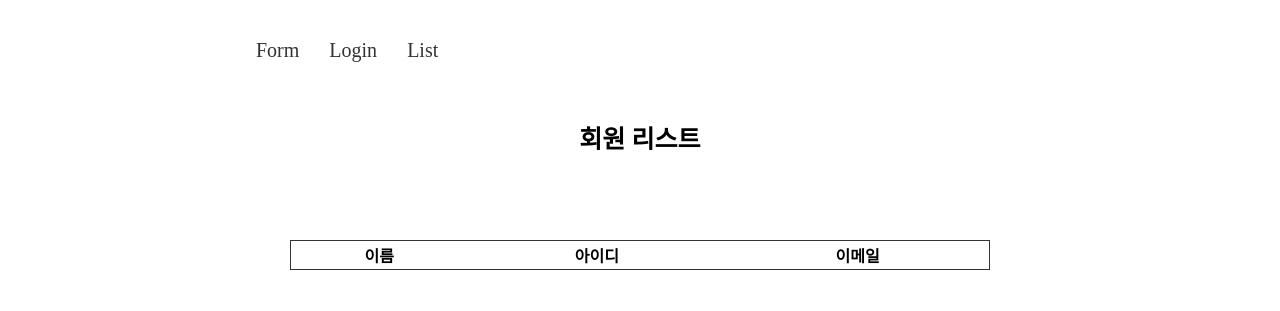
Repository: zeroj-0/eclipseProjects
Page: http://localhost/jv301/mod010/user_list.do
These files come from the project's save history. The page is drawn as it stood at one moment and after the next save; the edit follows.
The browser window is 1280 px wide. The pictures show the whole page.
The page is served by Tomcat 9. Other server files are loaded and not shown. Queries for data that is not in the repository find no rows.

Above is the page before, as saved 2022-07-07 06:50:56.

### jv301/src/main/webapp/mod010/user_list.jsp
<%@ page language="java" contentType="text/html; charset=UTF-8" pageEncoding="UTF-8"%>
<%@ taglib prefix="c" uri="http://java.sun.com/jsp/jstl/core" %>
<!DOCTYPE html>
<html>
<head>
<meta charset="UTF-8">
<title>Insert title here</title>
<link rel="stylesheet" href="./fixmethod.css">
<link rel="stylesheet" href="./style.css">
<style>
	table {
		border: 1px solid #333;
		width: 100%;
		margin: 0 auto;
	}
	table td {
		border: 1px solid #333;
		border-collapse : collapse;
		width: 100px;
		text-align: center;
	}
</style>
</head>
<body>
<div id="wrapper">
	<div id="header">
		<%@ include file="/incl/menu.jsp" %>
	</div>
<h3 class="title">회원 리스트</h3>
	<div class="container">
				<table>
					<tr>
						<th>이름</th><th>아이디</th><th>이메일</th>
					</tr>
					<c:forEach var="user" items="${user}">
						<tr>
							<td>
								${user.getUserName()}
							</td>
							<td>
								${user.getUserId()}
							</td>
							<td>
								${user.getEmail()}
							</td>
						</tr>
					</c:forEach>
				</table>
	</div>
</div>
</body>
</html>

### jv301/src/main/webapp/incl/menu.jsp
<%@ page language="java" contentType="text/html; charset=UTF-8"  pageEncoding="UTF-8"%>

<div class="gnb">
	<ul>
		<li><a href="add_user.jsp">Form</a></li>
		<li><a href="login">Login</a></li>
		<li><a href="user_list.do">List</a></li>
	</ul>
</div>

### jv301/src/main/java/com/varxyz/jv301/mod010/UserListServlet.java
package com.varxyz.jv301.mod010;

import java.io.IOException;
import java.util.List;

import javax.servlet.RequestDispatcher;
import javax.servlet.ServletException;
import javax.servlet.annotation.WebServlet;
import javax.servlet.http.HttpServlet;
import javax.servlet.http.HttpServletRequest;
import javax.servlet.http.HttpServletResponse;

@WebServlet("/mod010/user_list.do")
public class UserListServlet extends HttpServlet {
	private UserService userService;
	private static final long serialVersionUID = 1L;

	protected void doGet(HttpServletRequest request, HttpServletResponse response) throws ServletException, IOException {
		userService = UserService.getInstance();
		List<User> userList = userService.getAllUsers();
		request.setAttribute("user", userList);

		RequestDispatcher dispatcher = null;
		dispatcher = request.getRequestDispatcher("user_list.jsp");
		dispatcher.forward(request, response);
	}

	protected void doPost(HttpServletRequest request, HttpServletResponse response) throws ServletException, IOException {
		request.setCharacterEncoding("utf-8");

		String userId = request.getParameter("userId");

		request.setAttribute("userId", userId);

		RequestDispatcher dispatcher = null;
		dispatcher = request.getRequestDispatcher("update.jsp");
		dispatcher.forward(request, response);
	}

}

### jv301/src/main/java/com/varxyz/jv301/mod010/UserDao.java
package com.varxyz.jv301.mod010;

import java.sql.Connection;
import java.sql.PreparedStatement;
import java.sql.ResultSet;
import java.sql.SQLException;
import java.util.ArrayList;
import java.util.List;

public class UserDao {
	DataSource dataSource = null;

	public UserDao() {
		NamingService namingService = NamingService.getInstance();
		dataSource = (DataSource)namingService.getAttribute("dataSource");
	}

	public List<User> findAllUsers() {
		String sql = "SELECT * FROM User";
		List<User> userList = new ArrayList<User>();
		try {
			Connection con = null;
			PreparedStatement pstmt = null;
			ResultSet rs = null;
			try {
				con = dataSource.getConnection();
				pstmt = con.prepareStatement(sql);
				rs = pstmt.executeQuery();

				while(rs.next()) {
					User user = new User();
					user.setUserId(rs.getString("id"));
					user.setUserName(rs.getString("name"));
					user.setEmail(rs.getString("email"));
					user.setAddr(rs.getString("addr"));

					userList.add(user);
				}
			} finally {
				dataSource.close(rs, pstmt, con);
			}
		} catch (SQLException e) {
			e.printStackTrace();
		}
		return userList;
	}

	public void addUser(User user) {
		String sql = "INSERT INTO User(id,passwd,name,email,addr,ssn) VALUES (?,?,?,?,?,?)";
		try {
			Connection con = null;
			PreparedStatement pstmt = null;

			con = dataSource.getConnection();
			pstmt = con.prepareStatement(sql);

			pstmt.setString(1, user.getUserId());
			pstmt.setString(2, user.getPasswd());
			pstmt.setString(3, user.getUserName());
			pstmt.setString(4, user.getEmail());
			pstmt.setString(5, user.getAddr());
			pstmt.setString(6, user.getSsn());

			pstmt.executeUpdate();
			dataSource.close(pstmt, con);
		} catch (Exception e) {
			e.printStackTrace();
		}
	}
	public String findUserId(String userId) {
		String sql = "SELECT id FROM User WHERE id=?";
		String id = null;
		try {
			Connection con = null;
			PreparedStatement pstmt = null;
			ResultSet rs = null;
			try {
				con = dataSource.getConnection();
				pstmt = con.prepareStatement(sql);
				pstmt.setString(1, userId);

				rs = pstmt.executeQuery();

				if(rs.next()) {
					id= rs.getString("id");
				}

			} finally {
				dataSource.close(rs,pstmt, con);
			}
		} catch(Exception e) {
			e.printStackTrace();
		}
		if(id==null) {
			id="";
		}
		return id;
	}

	public String findUserPasswd(String passwd) {
		String sql = "SELECT passwd FROM User WHERE passwd=?";
		String pw = null;
		try {
			Connection con = null;
			PreparedStatement pstmt = null;
			ResultSet rs = null;
			try {
				con = dataSource.getConnection();
				pstmt = con.prepareStatement(sql);
				pstmt.setString(1, passwd);
				rs = pstmt.executeQuery();

				if(rs.next()) {
					pw= rs.getString("passwd");
				}

			} finally {
				dataSource.close(rs,pstmt, con);
			}
		} catch(Exception e) {
			e.printStackTrace();
		}
		if(pw==null) {
			pw = "";
		}
		return pw;
	}
	public User findUserByUserId(String userId) {
		String sql = "SELECT id,passwd,name,email,addr,ssn FROM User WHERE id=?";
		User user = new User();
		try  {
			Connection con = null;
			PreparedStatement pstmt = null;
			ResultSet rs = null;
			try {
				con = dataSource.getConnection();
				pstmt = con.prepareStatement(sql);
				pstmt.setString(1, userId);
				rs = pstmt.executeQuery();

				while(rs.next()) {
					user.setUserId(rs.getString("id"));
					user.setUserId(rs.getString("passwd"));
					user.setUserName(rs.getString("name"));
					user.setSsn(rs.getString("ssn"));
					user.setEmail(rs.getString("email"));
					user.setAddr(rs.getString("addr"));
					user.setSsn(rs.getString("ssn"));
				}
			} finally {
				dataSource.close(rs, pstmt, con);
			}
		} catch(Exception e) {
			e.printStackTrace();
		}
		return user;
	}
}

### jv301/src/main/webapp/mod010/fixmethod.css
@charset "UTF-8";
* { box-sizing: border-box; margin: 0; padding: 0;}
ul, li {list-style: none;}
a {text-decoration: none; color: #333;}

.gnb {
  width: 100%;
  height: 70px;
  float: left;
  padding-left: 20%;
}
ul li {
  float: left;
  height: 100%;
  margin-left: 30px;
}
ul li:first-child {
  margin-left: 0;
}

a {
  line-height: 70px;
  font-size: 20px;
}
a:hover {
  color: #000;
  font-weight: 600;
}
#header {
	height: 100px;
	width: 100%;
	text-align: center;
	font-size: 20px;
	line-height: 100px;
}
#footer {
	margin-top: 100px;
	text-align: center;
}

### jv301/src/main/webapp/mod010/style.css
@charset "UTF-8";
* { box-sizing: border-box; margin: 0; padding: 0;}
ul, li {list-style: none;}
a {text-decoration: none; color: #333;}

.container {
  padding-top: 60px;
  display: flex;
  flex-wrap: wrap;
  height: 100%;
  width: 700px;
  margin: 0 auto;
}
form {
  width: 100%;
}
h3 {
  font-size: 25px;
  width: 100%;
}
.d {
  height: 50px;
  width: 100%;
  display: flex;
  justify-content: left;
  align-items: center;
  margin-top: 10px;
}
.d > input {
  height: 35px;
  line-height: 35px;
  padding-left: 5px;

}
select {
  height: 35px;
  width: 150px;
  font-size: 15px;
}
span.email {
  margin: 0 5px;
}
.checkbox-layout {
  height: 100px;
}
.inner-box {
  margin: 0;
  display: block;
  width: 100%;
  height: 100%;
}
.inner-box h2 {
  width: 100%;
}
.box {
  display: inline-block;
  width: 18%;
  position: relative;
  overflow: hidden;
}
.box label {
  position: absolute;
  top: 14px;
  left: 20px;
}
.box input {
  height: 50px;
}
span {
  font-size: 18px;
  font-weight: 400;
  color: #333;
}
.btn {
  justify-content: center;
  width: 80px;
  height: 40px;
  margin: 0 auto;
  background: #f9f9f9;
  border-radius: 12px;
  border: 1px solid #000;
  margin-top: 20px;
}
button {
	border-style: none;
}
button.btn-inner {
  border-style: none;
  height: 40px;
  width: 75px;
  font-size:20px;
  background: none;
  cursor: pointer;
}
.address1 {
	width: 250px;
	margin-right: 10px;
}

.title {
	width: 100%;
	text-align: center;
	height: 80px;
	line-height: 80px;
}

After the next save:
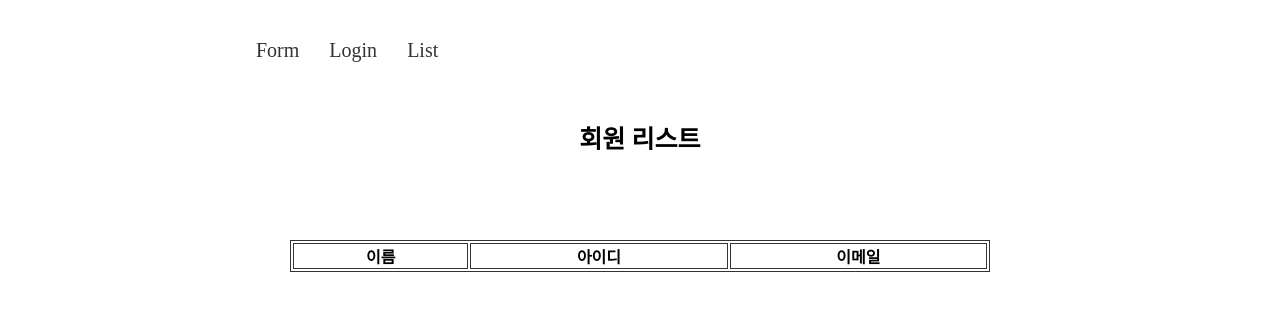
Saved 24 s later.
--- a/jv301/src/main/webapp/mod010/user_list.jsp
+++ b/jv301/src/main/webapp/mod010/user_list.jsp
@@ -18,6 +18,9 @@
 		border-collapse : collapse;
 		width: 100px;
 		text-align: center;
+	}
+	table th {
+		border: 1px solid #333;
 	}
 </style>
 </head>
